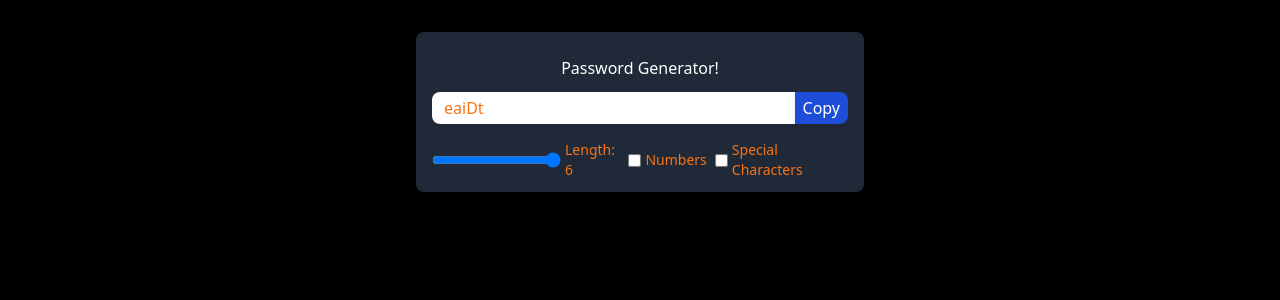
Repository: tirth2014/chai-aur-react
Page: / (app in 05_password-generator/)
The author's editor kept a copy of each file at every save. The page is drawn from the files as they stood at one save, then again after the next save.
The browser window is 1280 px wide. The pictures show the whole page.
The project was rebuilt for these pictures with package versions that can differ from the ones it lists, and the page was loaded fresh each time. Also part of the build but not shown: 05_password-generator/vite.config.js.

Above is the page before, as saved 2023-10-07 20:20:11.

### 05_password-generator/src/App.jsx
import { useCallback, useEffect, useState } from 'react'

function App() {

  const [password, setPassword] = useState('');
  const [length, setLength] = useState(6);
  const [numsAllowed, setNumsAllowed] = useState(false);
  const [spCharAllowed, setSpCharAllowed] = useState(false);

  // useCallback is a React Hook that lets you cache a function definition between re-renders.
  // const cachedFn = useCallback(fn, dependencies)

  const passwordGenerator = useCallback(
    ()=> {
      let pass = ""
      let str = "ABCDEFGHIJKLMNOPQRSTUVWXYZabcdefghijklmnopqrstuvwxyz"
      if (numsAllowed) str += "0123456789"
      if (spCharAllowed) str += "!@#$%^&*-_+=[]{}~`"

      for (let i = 1; i <= length; i++) {
        const strIdx = Math.floor(Math.random() * str.length + 1);
        pass += str.charAt(strIdx);
      }

      setPassword(pass);

    } , [length,numsAllowed,spCharAllowed,setPassword] )

    useEffect(()=> {
      passwordGenerator();
    }, [length, numsAllowed, spCharAllowed, passwordGenerator])


  return (
      <div className="w-full max-w-md mx-auto shadow-md rounded-lg px-4 py-3 my-8 bg-gray-800 text-orange-500">
        <h1 className='text-white text-center my-3'>Password Generator!</h1>
        <div className='flex shadow rounded-lg overflow-hidden mb-4'>
          <input
            type="text"
            value={password}
            placeholder='password'
            readOnly
            className='outline-none w-full py-1 px-3'
          />
          <button className='outline-none shadow bg-blue-700 text-white px-2 py-1 shrink-0'>Copy</button>
        </div>

        <div className='flex text-sm gap-x-2'>
          <div className='flex items-center gap-x-1'>
            <input
            type="range"
            name="passLength"
            id="passLength"
            min={6}
            max={20}
            className='cursor-pointer'
            onChange={(e) => setLength(e.currentTarget.value)}
            />
            <label htmlFor="passLength" >Length: {length}</label>
          </div>

          <div className='flex items-center gap-x-1'>
            <input
            type="checkbox"
            id='numsAllowed'
            defaultChecked={numsAllowed}
            onChange={() => setNumsAllowed((prev) => !prev)}
            />
            <label htmlFor="numsAllowed">Numbers</label>
          </div>

          <div className='flex items-center gap-x-1'>
            <input
            type="checkbox"
            id='spCharAllowed'
            onChange={() => setSpCharAllowed((prev) => !prev)}
            defaultChecked={spCharAllowed}
            />
            <label htmlFor="spCharAllowed">Special Characters</label>
          </div>

        </div>
      </div>
  )
}

export default App

Loaded but not shown: 05_password-generator/index.html (common file); 05_password-generator/src/main.jsx (common file); 05_password-generator/src/index.css (common file); 05_password-generator/tailwind.config.js (common file)

After the next save:
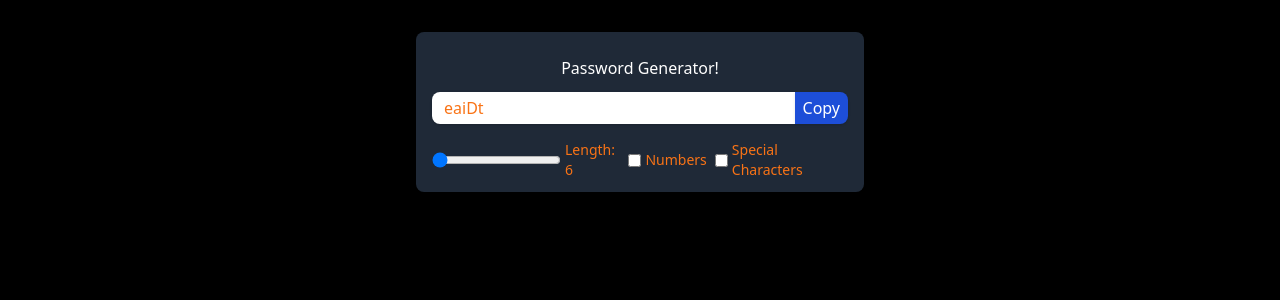
Saved 2 min 50 s later.
--- a/05_password-generator/src/App.jsx
+++ b/05_password-generator/src/App.jsx
@@ -53,6 +53,7 @@ function App() {
             id="passLength"
             min={6}
             max={20}
+            value={length}
             className='cursor-pointer'
             onChange={(e) => setLength(e.currentTarget.value)}
             />
